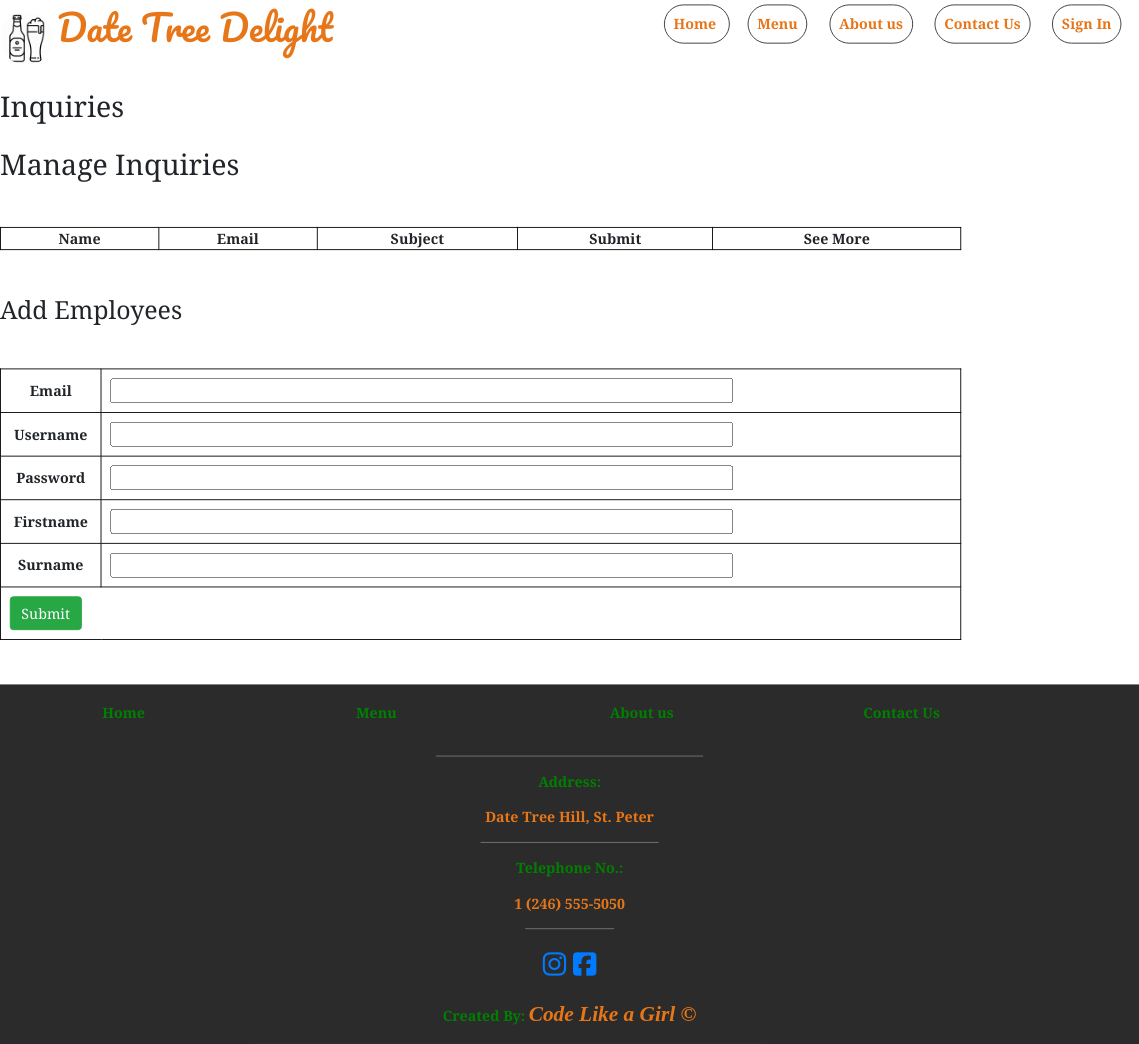
Repository: jadagoring/DateTreeDelight
Page: http://localhost/inquiryinfo.php
An editor plug-in stored every save of this project. The page is shown before and after the next save, followed by the edit.
The browser window is 1280 px wide. The pictures show the whole page, at 89% of full size.
Some web libraries are served in a nearby version. The page is run by PHP 8.4 with error messages shown; the project is at /var/www/html/. Queries for data that is not in the repository find no rows.

Above is the page before, as saved 2020-06-04 19:13:49.

### inquiryinfo.php
<?php
include "templates/header.php";
$connect = mysqli_connect("localhost", "root", "", "cart_system");
?>

<div class="inq-info-header">
    <div class="seperator-div"></div>
    <h2 class="inq-info-hdr">Inquiries</h2>
</div>

<div class="inq-info-body">
    <table>
        <h2 style="padding-top: 20px;">Manage Inquiries</h2>
        <tr>
            <th>Name</th>
            <th>Email</th>
            <th>Subject</th>
            <th>Submit</th>
            <th>See More</th>
        </tr>

        <?php
        $query = "SELECT * FROM login ORDER BY userID ASC";
        $result = mysqli_query($connect, $query);
        if (mysqli_num_rows($result) > 0) {
            while ($row = mysqli_fetch_array($result)) {
        ?>
                <form action="inquiryinfo.php" method="POST">
                    <tr>
                        <td><?php echo $row["email"]; ?></td>
                        <td><?php echo $row["userName"]; ?></td>
                        <td><?php echo $row["firstName"]; ?></td>
                        <td><?php echo $row["lastName"]; ?></td>
                        <td style="text-align: center;"><input type="submit" value="Delete" name="deleteusr" class="btn btn-danger"></td>
                        <input type="hidden" name="userID" value="<?php echo $row['userID'] ?>">

                    </tr>
                </form>
        <?php
            }
        }
        ?>

        <table>
            <form action="employees.php" method="POST">
                <h3>Add Employees</h3>
                <tr>
                    <th>Email</th>
                    <td><input type="email" name="Email" style="width: 700px;"></td>
                </tr>

                <tr>
                    <th>Username</th>
                    <td><input type="text" name="Username" style="width: 700px;"></td>
                </tr>
                <tr>
                    <th>Password</th>
                    <td><input type="password" name="Password" style="width: 700px;"></td>
                </tr>
                <tr>
                    <th>Firstname</th>
                    <td><input type="text" name="FirstName" style="width: 700px;"></td>
                </tr>
                <tr>
                    <th>Surname</th>
                    <td><input type="text" name="LastName" style="width: 700px;"></td>
                </tr>
                <tr>
                    <td colspan="2"><input type="Submit" name="Submit" value="Submit" class="btn btn-success"></td>
                </tr>
            </form>
        </table>
</div>

<?php include "templates/footer.php"; ?>

### templates/header.php
<?php
session_start();
include "assets/helpers/functions.php";

$app = new App();

$Occupation = $app->getRole();
?>
<!DOCTYPE html>
<html lang="en">

<head>
    <meta charset="UTF-8">
    <meta name="viewport" content="width=device-width, initial-scale=1.0">
    <title>Date Tree Delight</title>

    <!-- CSS -->
    <link rel="stylesheet" href="https://stackpath.bootstrapcdn.com/bootstrap/4.4.1/css/bootstrap.min.css" integrity="sha384-Vkoo8x4CGsO3+Hhxv8T/Q5PaXtkKtu6ug5TOeNV6gBiFeWPGFN9MuhOf23Q9Ifjh" crossorigin="anonymous">
    <link rel="stylesheet" href="assets\css\styles.css">

    <!-- JavaScript -->
    <script src="https://code.jquery.com/jquery-3.4.1.slim.min.js" integrity="sha384-J6qa4849blE2+poT4WnyKhv5vZF5SrPo0iEjwBvKU7imGFAV0wwj1yYfoRSJoZ+n" crossorigin="anonymous"></script>
    <script src="https://cdn.jsdelivr.net/npm/popper.js@1.16.0/dist/umd/popper.min.js" integrity="sha384-Q6E9RHvbIyZFJoft+2mJbHaEWldlvI9IOYy5n3zV9zzTtmI3UksdQRVvoxMfooAo" crossorigin="anonymous"></script>
    <script src="https://stackpath.bootstrapcdn.com/bootstrap/4.4.1/js/bootstrap.min.js" integrity="sha384-wfSDF2E50Y2D1uUdj0O3uMBJnjuUD4Ih7YwaYd1iqfktj0Uod8GCExl3Og8ifwB6" crossorigin="anonymous"></script>
    <script src="https://kit.fontawesome.com/e9662c41f5.js" crossorigin="anonymous"></script>
</head>

<body>
    <!-- No log in -->
    <?php if ($Occupation == "Random") { ?>

        <div id="Navbar" class="nav-bar">
            <div class="right-nav">
                <a href="index.php" class="side-links">Home </a>
                <a href="Menu.php" class="side-links">Menu</a>
                <a href="Aboutus.php" class="side-links">About us</a>
                <a href="Contactus.php" class="side-links">Contact Us</a>
                <a href="login.html" class="side-links" style="margin-right:20px">Sign In</a>
            </div>

            <div class="left-nav">
                <div class="left-info">
                    <img src="assets\images\l-07-512.png" style="width: 60px; height: 60px; border-radius: 30px;" alt="Logo">
                    <span class="nav-text">Date Tree Delight</span>
                </div>
            </div>
        </div>
    <?php
    }
    ?>

    <!-- Customers login -->
    <?php if ($Occupation == "Customer") { ?>

        <div id="Navbar" class="nav-bar">
            <div class="right-nav">
                <a href="shoppingcart.php"><img src="assets/images/shopping-cart.png" alt="shoppingcart" class="shop-cart"></a>
                <a href="index.php" class="side-links">Home </a>
                <a href="Menu.php" class="side-links">Menu</a>
                <a href="Aboutus.php" class="side-links">About us</a>
                <a href="Contactus.php" class="side-links">Contact Us</a>
                <a href="signout.php" class="side-links" style="margin-right:20px">Sign Out</a>
            </div>

            <div class="left-nav">
                <div class="left-info">
                    <img src="assets\images\l-07-512.png" style="width: 60px; height: 60px; border-radius: 30px;" alt="Logo">
                    <span class="nav-text">Date Tree Delight</span>
                </div>
            </div>
        </div>
    <?php
    }
    ?>

    <!-- Employees Logged in -->
    <?php if ($Occupation == "Employee") { ?>

        <div id="Navbar" class="nav-bar">
            <div class="right-nav">
                <a href="order.php" class="side-links">Orders </a>
                <a href="inventory.php" class="side-links">Inventory</a>
                <a href="inquiries.php" class="side-links">Inquiries</a>
                <a href="signout.php" class="side-links" style="margin-right:20px">Sign Out</a>
            </div>

            <div class="left-nav">
                <div class="left-info">
                    <img src="assets\images\l-07-512.png" style="width: 60px; height: 60px; border-radius: 30px;" alt="Logo">
                    <span class="nav-text">Date Tree Delight</span>
                </div>
            </div>
        </div>
    <?php } ?>

    <!-- Admin logged in -->
    <?php if ($Occupation == "Owner") { ?>
        <div id="Navbar" class="nav-bar">
            <div class="right-nav">
                <a href="events.php" class="side-links">Events</a>
                <a href="order.php" class="side-links">Orders</a>
                <a href="inventory.php" class="side-links">Inventory</a>
                <a href="inquiries.php" class="side-links">Inquires</a>
                <a href="Employees.php" class="side-links">Employees</a>
                <a href="signout.php" class="side-links" style="margin-right:20px">Sign Out</a>
            </div>

            <div class="left-nav">
                <div class="left-info">
                    <img src="assets\images\l-07-512.png" style="width: 60px; height: 60px; border-radius: 30px;" alt="Logo">
                    <span class="nav-text">Date Tree Delight</span>
                </div>
            </div>
        </div>
    <?php } ?>

### assets/helpers/functions.php
<?php
class App
{
    function getRole()
    {
        if (isset($_SESSION['Occupation'])) {
            $Occupation = $_SESSION['Occupation'];
        } else {
            $Occupation = "Random";
        }

        return $Occupation;
    }
    function adminpage()
    {
        if (isset($_SESSION['Occupation'])) {
            if ($_SESSION['Occupation'] != "Owner") {
                header('Location:index.php');
            }
        } else {
            header('Location:index.php');
        }
    }

    function employeepage()
    {
        if (isset($_SESSION['Occupation'])) {
            if (($_SESSION['Occupation'] == "Owner") || ($_SESSION['Occupation'] == "Employee")) {
            }
            else{
                header('Location:index.php');
            }
        } else {
            header('Location:index.php');
        }
    }
}

### templates/footer.php
    <div class="footer">
        <div class="container">
            <!-- No log in -->
            <?php if ($Occupation == "Random") { ?>
                <div class="row footer-nav">
                    <div class="col-3"> <a href="index.php" class="side-links">Home </a> </div>
                    <div class="col-3"> <a href="Menu.php" class="side-links">Menu</a> </div>
                    <div class="col-3"> <a href="Aboutus.php" class="side-links">About us</a> </div>
                    <div class="col-3"> <a href="Contactus.php" class="side-links">Contact Us</a> </div>
                </div>
            <?php
            }
            ?>

            <!-- Customers login -->
            <?php if ($Occupation == "Customer") { ?>
                <div class="row footer-nav">
                    <div class="col-2"> <a href="index.php" class="side-links">Home </a> </div>
                    <div class="col-2"> <a href="Menu.php" class="side-links">Menu</a> </div>
                    <div class="col-2"> <a href="shoppingcart.php" class="side-links">Cart</a> </div>
                    <div class="col-2"> <a href="Aboutus.php" class="side-links">About us</a> </div>
                    <div class="col-2"> <a href="Contactus.php" class="side-links">Contact Us</a> </div>
                </div>
            <?php
            }
            ?>

            <!-- Employees Logged in -->
            <?php if ($Occupation == "Employee") { ?>
                <div class="row footer-nav">
                    <div class="col-2"> <a href="order.php" class="side-links">Orders </a> </div>
                    <div class="col-2"> <a href="inventory.php" class="side-links">Inventory</a> </div>
                    <div class="col-2"> <a href="inquiries.php" class="side-links">Inquiries</a> </div>
                </div>
            <?php } ?>

            <!-- Admin logged in -->
            <?php if ($Occupation == "Owner") { ?>
                <div class="row footer-nav">
                    <div class="col-2"> <a href="events.php" class="side-links">Events</a> </div>
                    <div class="col-2"> <a href="order.php" class="side-links">Orders</a> </div>
                    <div class="col-2"> <a href="inventory.php" class="side-links">Inventory</a> </div>
                    <div class="col-2"> <a href="inquiries.php" class="side-links">Inquires</a> </div>
                    <div class="col-2"> <a href="Employees.php" class="side-links">Employees</a> </div>
                </div>
            <?php } ?>

            <div class="spacer-div"></div>
            <div class="row footer-nav-text">
                <div style="text-align:center; margin-left: auto; margin-right: auto;">
                    <hr class="footer-hr" style="width:300px;">
                    <p class="footer-text"> Address: </p>
                    <p>Date Tree Hill, St. Peter</p>
                    <hr class="footer-hr" style="width:200px;">
                    <p class="footer-text">Telephone No.:</p>
                    <p>1 (246) 555-5050</p>
                    <hr class="footer-hr" style="width:100px;">
                </div>
            </div>

            <div class="row">
                <div class="socials" style="text-align:center; margin-left: auto; margin-right: auto;">
                    <p> <a href="https://instagram.com/datetreedelight?igshid=wuq8k1wrkhhx"><i class="fab fa-instagram"></i> </a>
                        <a href="https://facebook.com/datetreedelight246"><i class="fab fa-facebook-square"> </i></a>
                    </p>
                </div>
            </div>

            <div class="row">
                <div class="footer-comp" style="text-align:center; margin-left: auto; margin-right: auto;">
                    <p> Created By: <span class="footer-company"> Code Like a Girl &copy </span> </p>
                </div>
            </div>

        </div>
    </div>
    </body>

    </html>

Loaded but not shown: assets/css/styles.css (700 lines, source omitted)

After the next save:
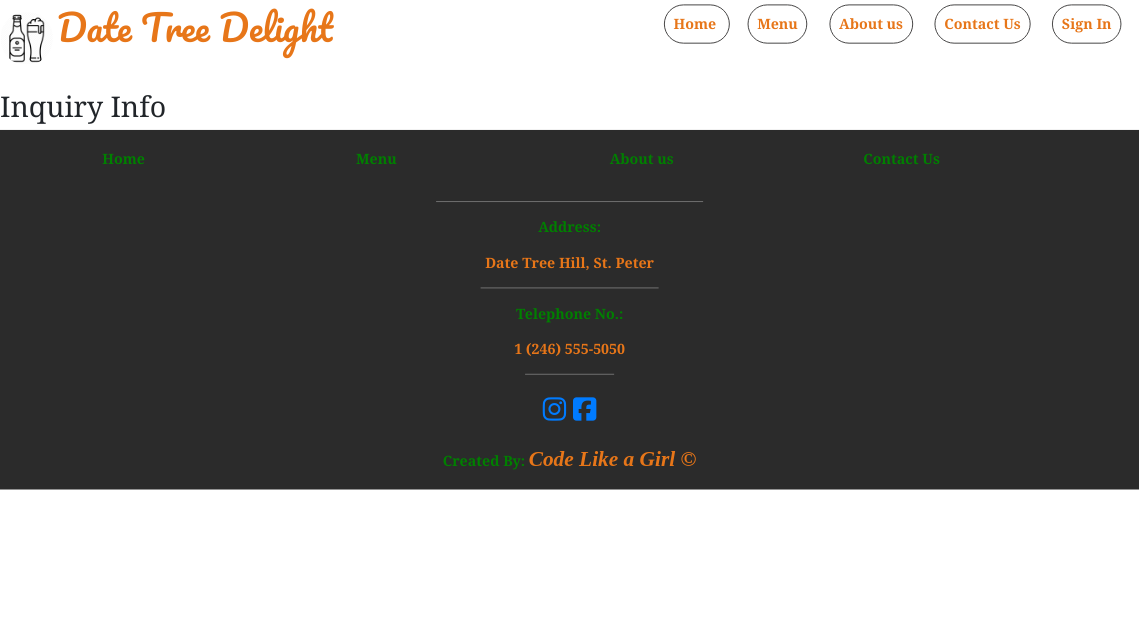
Saved 12 s later.
--- a/inquiryinfo.php
+++ b/inquiryinfo.php
@@ -5,71 +5,11 @@ $connect = mysqli_connect("localhost", "root", "", "cart_system");
 
 <div class="inq-info-header">
     <div class="seperator-div"></div>
-    <h2 class="inq-info-hdr">Inquiries</h2>
+    <h2 class="inq-info-hdr">Inquiry Info</h2>
 </div>
 
 <div class="inq-info-body">
-    <table>
-        <h2 style="padding-top: 20px;">Manage Inquiries</h2>
-        <tr>
-            <th>Name</th>
-            <th>Email</th>
-            <th>Subject</th>
-            <th>Submit</th>
-            <th>See More</th>
-        </tr>
 
-        <?php
-        $query = "SELECT * FROM login ORDER BY userID ASC";
-        $result = mysqli_query($connect, $query);
-        if (mysqli_num_rows($result) > 0) {
-            while ($row = mysqli_fetch_array($result)) {
-        ?>
-                <form action="inquiryinfo.php" method="POST">
-                    <tr>
-                        <td><?php echo $row["email"]; ?></td>
-                        <td><?php echo $row["userName"]; ?></td>
-                        <td><?php echo $row["firstName"]; ?></td>
-                        <td><?php echo $row["lastName"]; ?></td>
-                        <td style="text-align: center;"><input type="submit" value="Delete" name="deleteusr" class="btn btn-danger"></td>
-                        <input type="hidden" name="userID" value="<?php echo $row['userID'] ?>">
-
-                    </tr>
-                </form>
-        <?php
-            }
-        }
-        ?>
-
-        <table>
-            <form action="employees.php" method="POST">
-                <h3>Add Employees</h3>
-                <tr>
-                    <th>Email</th>
-                    <td><input type="email" name="Email" style="width: 700px;"></td>
-                </tr>
-
-                <tr>
-                    <th>Username</th>
-                    <td><input type="text" name="Username" style="width: 700px;"></td>
-                </tr>
-                <tr>
-                    <th>Password</th>
-                    <td><input type="password" name="Password" style="width: 700px;"></td>
-                </tr>
-                <tr>
-                    <th>Firstname</th>
-                    <td><input type="text" name="FirstName" style="width: 700px;"></td>
-                </tr>
-                <tr>
-                    <th>Surname</th>
-                    <td><input type="text" name="LastName" style="width: 700px;"></td>
-                </tr>
-                <tr>
-                    <td colspan="2"><input type="Submit" name="Submit" value="Submit" class="btn btn-success"></td>
-                </tr>
-            </form>
-        </table>
 </div>
 
 <?php include "templates/footer.php"; ?>
